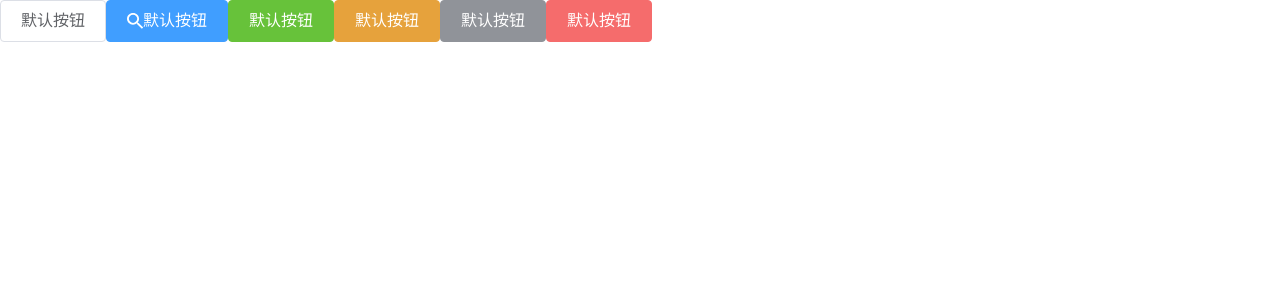
Repository: onlyadaydreamer/dreamer-ui
Page: /
These files come from the project's save history. The page is drawn as it stood at one moment and after the next save; the edit follows.
The browser window is 1280 px wide. The pictures show the whole page.
The project was rebuilt for these pictures with package versions that can differ from the ones it lists, and the page was loaded fresh each time. Also part of the build but not shown: src/styles/icon.js, src/packages/index.js.

Above is the page before, as saved 2020-05-13 15:24:27.

After the next save:
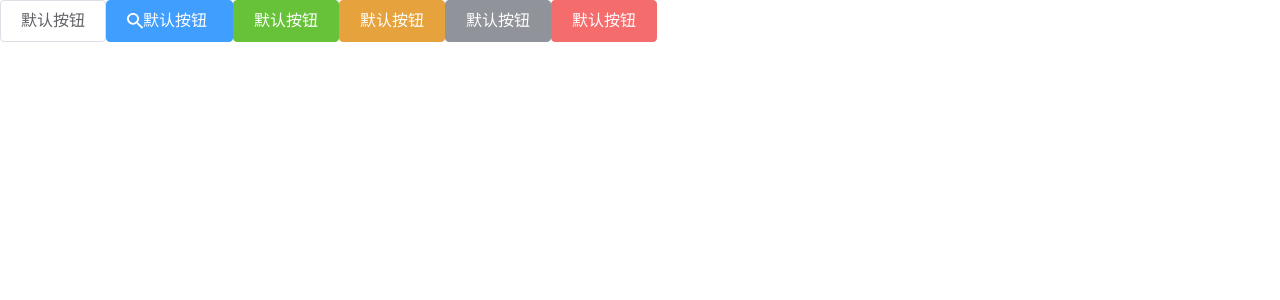
Saved 111 s later.
--- a/src/packages/button.vue
+++ b/src/packages/button.vue
@@ -127,5 +127,8 @@ $active-color: #3a8ee6;
         width: 16px;
         height: 16px;
     }
+    .icon + span {// 如果icon后面有span标签的话
+        margin-right: 5px;
+    }
 }
 </style>
